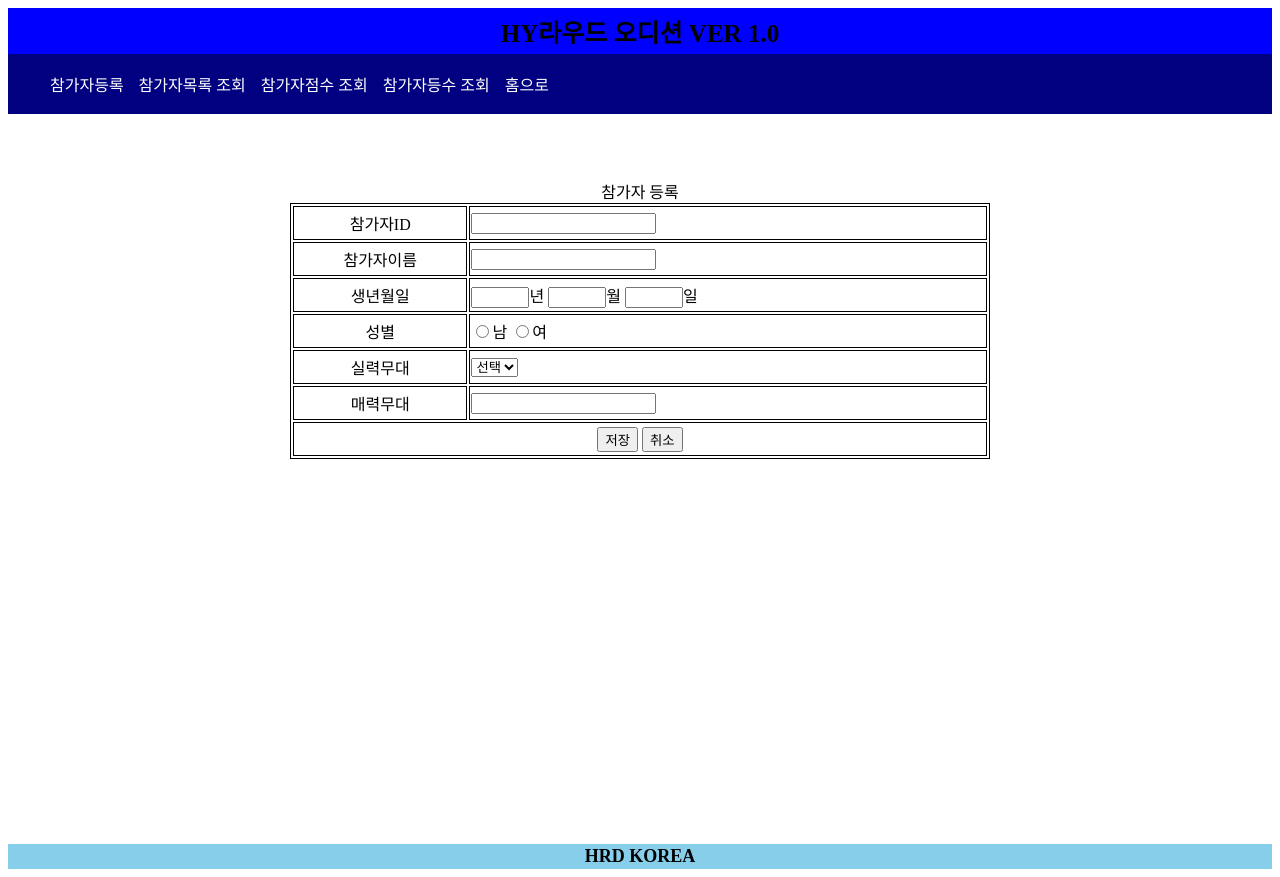
Repository: hoger96/java
Page: http://localhost/Audition/reg.go
These files come from the project's save history. The page is drawn as it stood at one moment and after the next save; the edit follows.
The browser window is 1280 px wide. The pictures show the whole page.
The page is served by Tomcat 9. Other server files are loaded and not shown.

Above is the page before, as saved 2023-02-05 15:15:27.

### Audition/src/main/webapp/WEB-INF/views/reg.jsp
<%@ page language="java" contentType="text/html; charset=UTF-8"
    pageEncoding="UTF-8"%>
<!DOCTYPE html>
<html>
<head>
<meta charset="UTF-8">
<title>Insert title here</title>
<%
	String path = request.getContextPath();
%>
<link href="<%=path %>/css/index.css" rel="stylesheet">
<link href="<%=path %>/css/reg.css" rel="stylesheet">
</head>
<body>
<header>HY라우드 오디션 VER 1.0</header>
<nav>
	<ol>
		<li><a href="<%=path%>/reg.go">참가자등록</a></li>
		<li><a href="<%=path%>/list.go">참가자목록 조회</a></li>
		<li><a href="<%=path%>/score.go">참가자점수 조회</a></li>
		<li><a href="<%=path%>/rank.go">참가자등수 조회</a></li>
		<li><a href="index.jsp">홈으로</a></li>
	</ol>
</nav>
<section>
<form name="frm" action="/reg" method="post">
	<table>
		<caption>참가자 등록</caption>
		<tr>
			<td class="main">참가자ID</td>
			<td><input type="text" name="join_id"></td>
		</tr>
		<tr>
			<td class="main">참가자이름</td>
			<td><input type="text" name="join_nm"></td>
		</tr>
		<tr>
			<td class="main">생년월일</td>
			<td>
				<input type="text" class="bb" name="birth_y">년
				<input type="text" class="bb" name="birth_m">월
				<input type="text" class="bb" name="birth_d">일
			</td>
		</tr>
		<tr>
			<td class="main">성별</td>
			<td>
				<input type="radio" name="gender" value="M">남
				<input type="radio" name="gender" value="F">여
			</td>
		</tr>
		<tr>
			<td class="main">실력무대</td>
			<td>
				<select name="specialty">
					<option value="">선택</option>
					<option value="V">보컬</option>
					<option value="D">댄스</option>
					<option value="R">랩</option>
				</select>
			</td>
		</tr>
		<tr>
			<td class="main">매력무대</td>
			<td><input type="text" name="charm"></td>
		</tr>
		<tr>
			<td colspan="2" class="main">
				<button>저장</button>
				<button>취소</button>
			</td>
		</tr>
	</table>
</form>
</section>
<footer>HRD KOREA</footer>
</body>
</html>

### Audition/src/main/java/controller/RegServlet.java
package controller;

import java.io.IOException;

import javax.servlet.ServletException;
import javax.servlet.annotation.WebServlet;
import javax.servlet.http.HttpServlet;
import javax.servlet.http.HttpServletRequest;
import javax.servlet.http.HttpServletResponse;

import model.AuditionDao;
import model.AuditionService;
import model.PersonDto;

@WebServlet("/reg.go")
public class RegServlet extends HttpServlet{

	@Override
	protected void doGet(HttpServletRequest request, HttpServletResponse response) throws ServletException, IOException {

		AuditionDao dao = new AuditionDao();
		AuditionService s = new AuditionService(dao);

		request.getRequestDispatcher("WEB-INF/views/reg.jsp").forward(request, response);
	}

	@Override
	protected void doPost(HttpServletRequest request, HttpServletResponse response) throws ServletException, IOException {

		request.setCharacterEncoding("UTF-8");

		String join_id = request.getParameter("join_id");
		String join_nm = request.getParameter("join_nm");
		String birth_y = request.getParameter("birth_y");
		String birth_m = request.getParameter("birth_m");
		String birth_d = request.getParameter("birth_d");
		String gender = request.getParameter("gender");
		String specialty = request.getParameter("specialty");
		String charm = request.getParameter("charm");

		AuditionDao dao = new AuditionDao();
		AuditionService s = new AuditionService(dao);

		PersonDto dto = new PersonDto(join_id, join_nm, birth_y+birth_m+birth_d, gender, specialty, charm);
		s.insert(dto);

		response.sendRedirect("index.jsp");
	}
}

### Audition/src/main/java/model/AuditionDao.java
package model;

import java.sql.Connection;
import java.sql.DriverManager;
import java.sql.PreparedStatement;
import java.sql.SQLException;

public class AuditionDao {

	String driver = "oracle.jdbc.driver.OracleDriver";
	String url = "jdbc:oracle:thin:@localhost:1521:xe";
	String user = "system";
	String password = "1234";

	Connection con = null;

	private void dbCon() {
		try {
			Class.forName(driver);
			con = DriverManager.getConnection(url, user, password);

			if(con != null) {
				System.out.print("연결성공");
			}
		} catch (SQLException | ClassNotFoundException e) {
			// TODO Auto-generated catch block
			e.printStackTrace();
		}
	}

	public void insert(PersonDto dto) {
		dbCon();
		String sql = " insert into tbl_join values(?,?,?,?,?,?) ";

		try {
			PreparedStatement pst = con.prepareStatement(sql);

			pst.setString(1, dto.getJoin_id());
			pst.setString(2, dto.getJoin_nm());
			pst.setString(3, dto.getBirth());
			pst.setString(4, dto.getGender());
			pst.setString(5, dto.getSpecialty());
			pst.setString(6, dto.getCharm());

			pst.executeUpdate();

			pst.close();
			con.close();

		} catch (SQLException e) {
			// TODO Auto-generated catch block
			e.printStackTrace();
		}
	}
}

### Audition/src/main/java/model/AuditionService.java
package model;

public class AuditionService {

	AuditionDao dao;

	public AuditionService() {
		// TODO Auto-generated constructor stub
	}

	public AuditionService(AuditionDao dao) {
		super();
		this.dao = dao;
	}

	public void insert(PersonDto dto) {
		dao.insert(dto);
	}
}

### Audition/src/main/webapp/css/index.css
@charset "UTF-8";
header{
	padding:5px;
	text-align:center;
	color:black;
	background-color:blue;
	font-size:25px;
	font-weight:bold;
}
nav{
	padding:2px;
	background-color:navy;
}
nav ol{
	display:flex;
	list-style: none;
}
nav li{
	margin-right:15px;
}
a{
	text-decoration: none;
	color:white;
}
section{
	height:700px;
	padding:15px;
}
footer{
	padding:2px;
	background-color: skyblue;
	text-align:center;
	font-size:18px;
	font-weight: bold;
}

### Audition/src/main/webapp/css/reg.css
@charset "UTF-8";
table{
	width:700px;
	margin:50px auto;
	border:1px solid black;
}
td{
	border:1px solid black;
	height:30px;
}
.main{
	text-align:center;
}
.bb{
	width:50px;
}

After the next save:
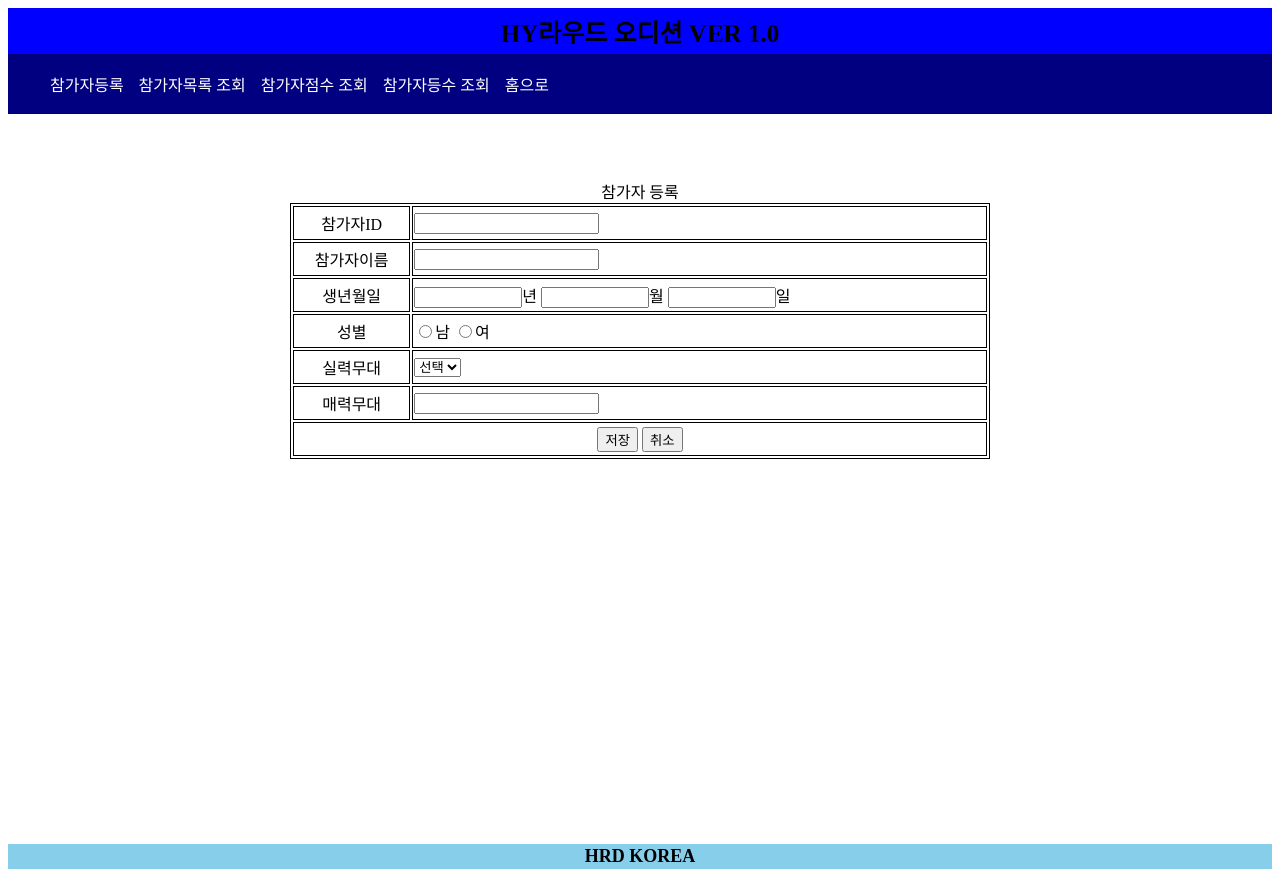
Saved 12 s later.
--- a/Audition/src/main/webapp/css/reg.css
+++ b/Audition/src/main/webapp/css/reg.css
@@ -12,5 +12,5 @@ td{
 	text-align:center;
 }
 .bb{
-	width:50px;
+	width:100px;
 }
